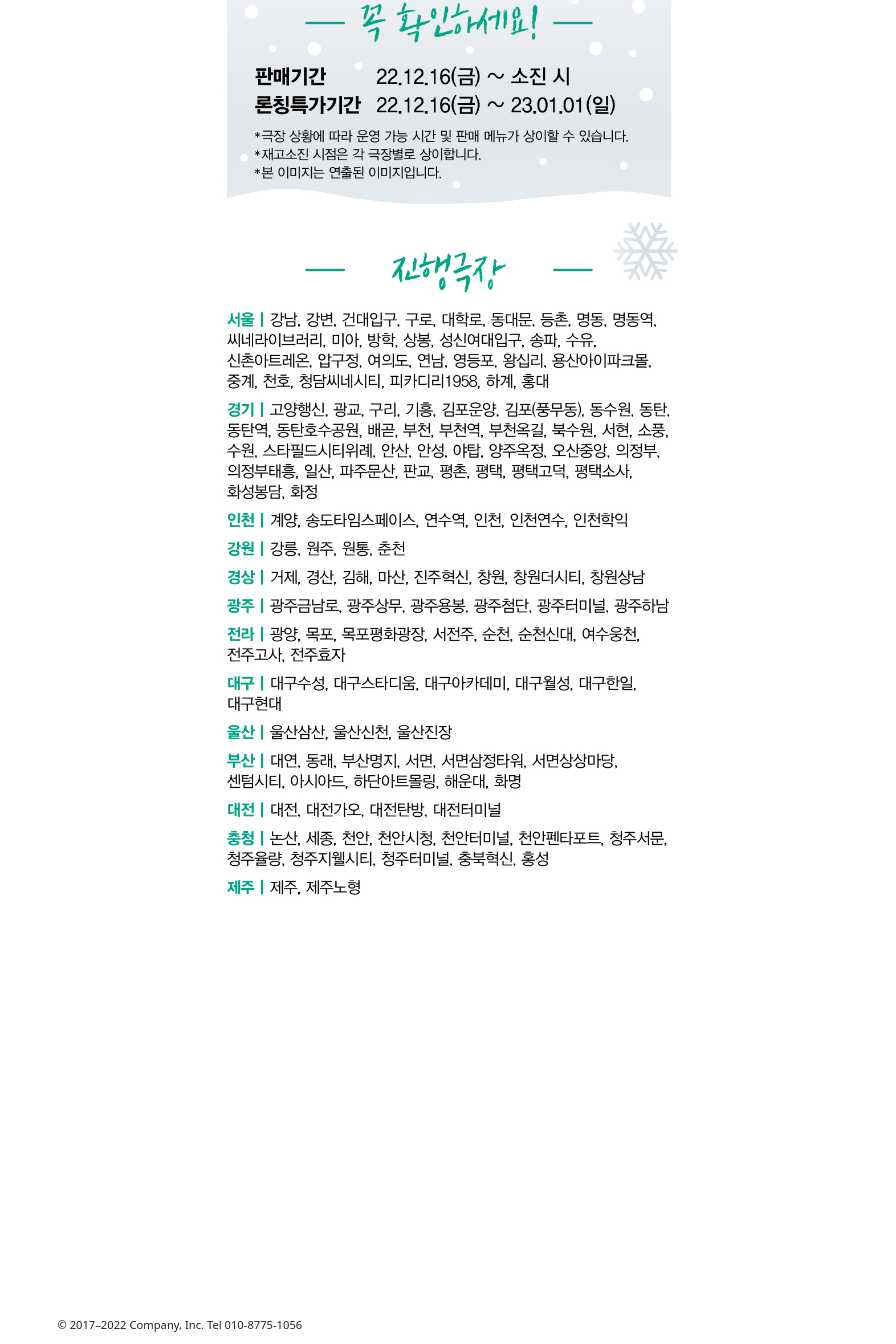
Repository: SpearManCN/MovieBox-2nd-Project-
Page: http://localhost/prj_01/WEB-INF/views/eventDetail5.jsp
The author's editor kept a copy of each file at every save. The page is drawn from the files as they stood at one save, then again after the next save.
The browser window is 1280 px wide. The pictures show the part of the page from y = 2116 to 4036 px (the page is 4036 px tall before and 3796 px after), at 70% of full size.
The page is served by Tomcat 9. Nobody is signed in. Other server files are loaded and not shown. The template is opened directly, without the code that normally fills it, so the values that code supplies are empty.

Above is the page before, as saved 2022-12-21 17:30:55.

### Second project/prj_01/src/main/webapp/WEB-INF/views/eventDetail5.jsp
<%@ page language="java" contentType="text/html; charset=UTF-8"
    pageEncoding="UTF-8"%>
        <%@taglib prefix="c" uri="http://java.sun.com/jsp/jstl/core" %>
<!DOCTYPE html>
<html>
<head>
<meta name="viewport" content="width=device-width, initial-scale=1">
<meta charset="UTF-8">
<link href="https://cdn.jsdelivr.net/npm/bootstrap@5.2.3/dist/css/bootstrap.min.css" rel="stylesheet" integrity="sha384-rbsA2VBKQhggwzxH7pPCaAqO46MgnOM80zW1RWuH61DGLwZJEdK2Kadq2F9CUG65" crossorigin="anonymous">

</head>
<body>
<%@include file="/WEB-INF/views/commonHeader.jsp" %>

<center>
<table width="1200px">
	<tr>
	<td align="left"><span style="font-size:50px; font-weight:bold;">Event</span>
	<tr>
	<td><hr style="height:10px; background-color:#EDD200;">
	<tr>
</table>
</center>

<table align="center" width="800px">
	<tr width="100%" height="100%"><td>
		<img src="resources/img/eventDetail5.jpg"  width="100%" height="100%">

	</td>
	</tr>

</table>




















<%@include file="/WEB-INF/views/commonFooter.jsp" %>
</body>
</html>

### Second project/prj_01/src/main/webapp/WEB-INF/views/commonHeader.jsp
<%@ page language="java" contentType="text/html; charset=UTF-8"
    pageEncoding="UTF-8"%>



<script src="/js/jquery-1.11.0.min.js"></script>
<script>
function goLogin(){document.commonForm.action="/loginForm.do";document.commonForm.submit(); }
function goLoginJoin(){document.commonForm.action="/loginJoinForm.do";document.commonForm.submit();}
function goMyPage(){document.commonForm.action="/myPageHome.do";document.commonForm.submit(); }
function goMainForm(){document.commonForm.action="/mainForm.do";document.commonForm.submit(); }
function goLogout(){
	if(confirm("로그아웃 하시겠습니까?")){
		document.commonForm.action="/logout.do";document.commonForm.submit();
	}

	 }

</script>

<form name="commonForm" method="post"></form>
<div style="height:300px; background-color: white; border-width: 1px 0;
        box-shadow: inset 0 .5em 1.5em rgba(0, 0, 0, .1), inset 0 .125em .5em rgba(0, 0, 0, .15);         border: solid rgba(0, 0, 0, .15);
        border-width: 1px 0;" class="b-example-divider" align="center" >

 <span style="cursor:pointer" onclick="goMainForm();"><img src="resources/img/movieBox2.jpg" >
 <Span  style="font-size: 150px; color:red; font-weight: bold ; font-style: italic;" >Movie Box</Span>

 </span></div>

  <nav class="py-2 bg-light border-bottom">
    <div class="container d-flex flex-wrap">
      <ul class="nav me-auto">
      <li class="nav-item">&emsp;&emsp;&emsp;</li>
        <li class="nav-item"><a href="movieHome.do" class="nav-link link-dark px-2 active" aria-current="page" style="font-weight: bold ;" >영화</a></li>
         <li class="nav-item">&emsp;&emsp;&emsp;</li>
        <li class="nav-item"><a href="reserveForm.do" class="nav-link link-dark px-2" style="font-weight: bold ;">예매</a></li>
         <li class="nav-item">&emsp;&emsp;&emsp;</li>
        <li class="nav-item"><a href="/storeForm.do" class="nav-link link-dark px-2" style="font-weight: bold ;">스토어</a></li>
         <li class="nav-item">&emsp;&emsp;&emsp;</li>
        <li class="nav-item"><a href="/eventForm.do" class="nav-link link-dark px-2" style="font-weight: bold ;">이벤트/공지사항</a></li>
          <li class="nav-item">&emsp;&emsp;&emsp;</li>
        <li class="nav-item"><a href="/serviceForm.do" class="nav-link link-dark px-2" style="font-weight: bold ;">고객센터</a></li>

       </ul>
      <ul class="nav">

      		<%
      		if(session.getAttribute("memNo")==null){session.setAttribute("memNo",0);}
			int memNo = (int)session.getAttribute("memNo");
			if(memNo==0){	%>
        <li class="nav-item"><span class="nav-link link-dark px-2" style="cursor:pointer" onclick="goLogin();">Login</span></li>
			        <li class="nav-item"><span class="nav-link link-dark px-2" style="cursor:pointer" onclick="goLoginJoin();">Sign up</span></li>

			<%}else if(memNo==1){%>
			        <li class="nav-item"><span class="nav-link link-dark px-2" style="cursor:pointer" onclick="goAdmin();">AdminPage</span></li>

    				   <li class="nav-item"><span class="nav-link link-dark px-2" style="cursor:pointer" onclick="goLogout();">Logout</span></li>

			<%}else {%>
			      <li class="nav-item"><span class="nav-link link-dark px-2" style="cursor:pointer" onclick="goMyPage();">My Page</span></li>
    				   <li class="nav-item"><span class="nav-link link-dark px-2" style="cursor:pointer" onclick="goLogout();">Logout</span></li>
 				<%}
		%>






      </ul>
    </div>
  </nav>

### Second project/prj_01/src/main/webapp/WEB-INF/views/commonFooter.jsp
<%@ page language="java" contentType="text/html; charset=UTF-8"
    pageEncoding="UTF-8"%>
<!--====================================================================-->


<br>
<br><br><br><br><br><br><br><br><br><br><br>
<br><br><br><br><br><br><br><br><br><br><br>

  <footer class="container">
    <p class="float-end"></p>
    <p>&copy; 2017–2022 Company, Inc. Tel 010-8775-1056 </p>
  </footer>

<script src="https://cdn.jsdelivr.net/npm/bootstrap@5.2.3/dist/js/bootstrap.bundle.min.js" integrity="sha384-kenU1KFdBIe4zVF0s0G1M5b4hcpxyD9F7jL+jjXkk+Q2h455rYXK/7HAuoJl+0I4" crossorigin="anonymous"></script>

Loaded but not shown: Second project/prj_01/src/main/resources/static/js/jquery-1.11.0.min.js (library)

After the next save:
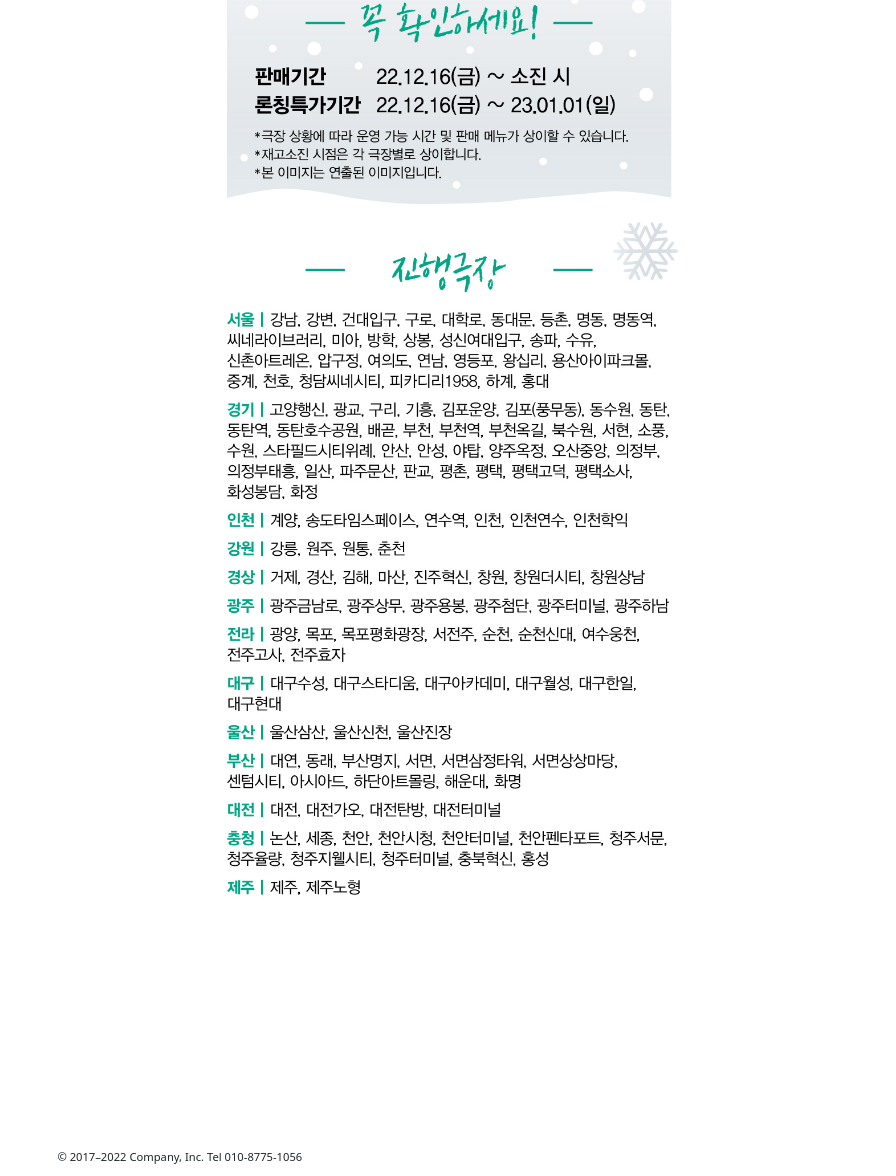
Saved 13 s later.
--- a/Second project/prj_01/src/main/webapp/WEB-INF/views/commonFooter.jsp
+++ b/Second project/prj_01/src/main/webapp/WEB-INF/views/commonFooter.jsp
@@ -5,7 +5,7 @@
 
 <br>
 <br><br><br><br><br><br><br><br><br><br><br>
-<br><br><br><br><br><br><br><br><br><br><br>
+<br>
 
   <footer class="container">
     <p class="float-end"></p>
